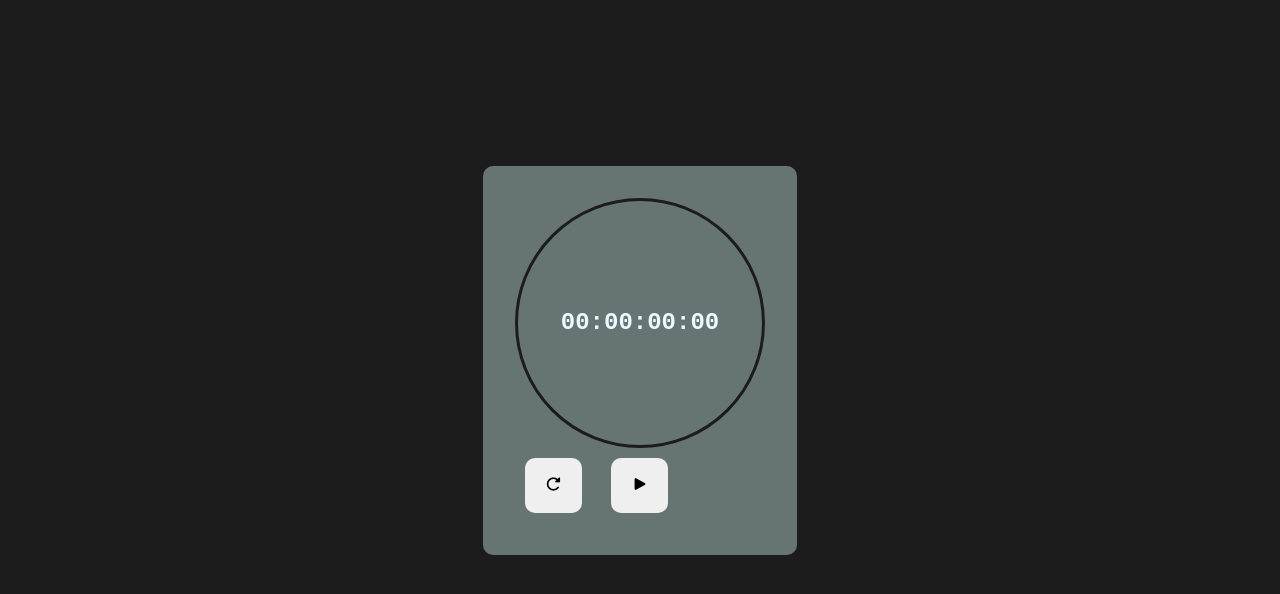
Repository: ValdemarCaculo/TEMPORIZADOR
Page: index.html
The author's editor kept a copy of each file at every save. The page is drawn from the files as they stood at one save, then again after a run of saves.
The browser window is 1280 px wide. The pictures show the whole page.
Some web libraries are served in a nearby version.

Above is the page before, as saved 2025-12-06 15:29:32.

After the next 4 saves:
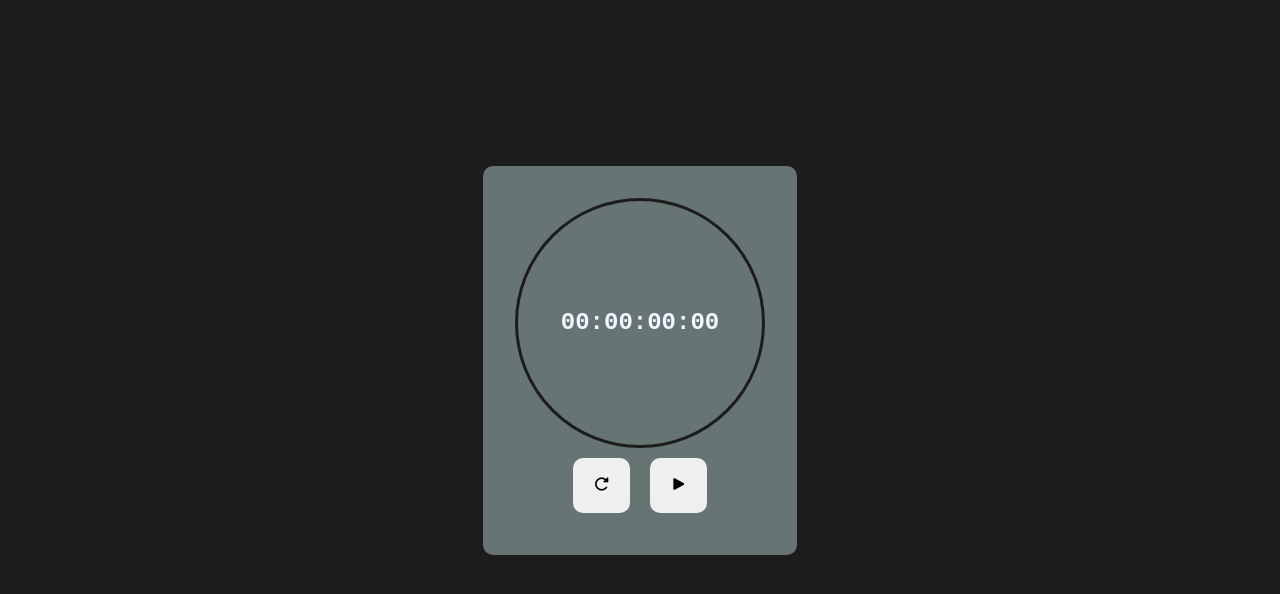
The 4 saves are shown as one change because they came seconds apart.
The last was saved 7 s later.
--- a/CSS/style.css
+++ b/CSS/style.css
@@ -41,7 +41,10 @@ button {
     border: none;
     transition: 3ms ;
 }
-button :
+button :hover{
+
+    background-color: ;
+}
 
 .content{
     display: flex;
